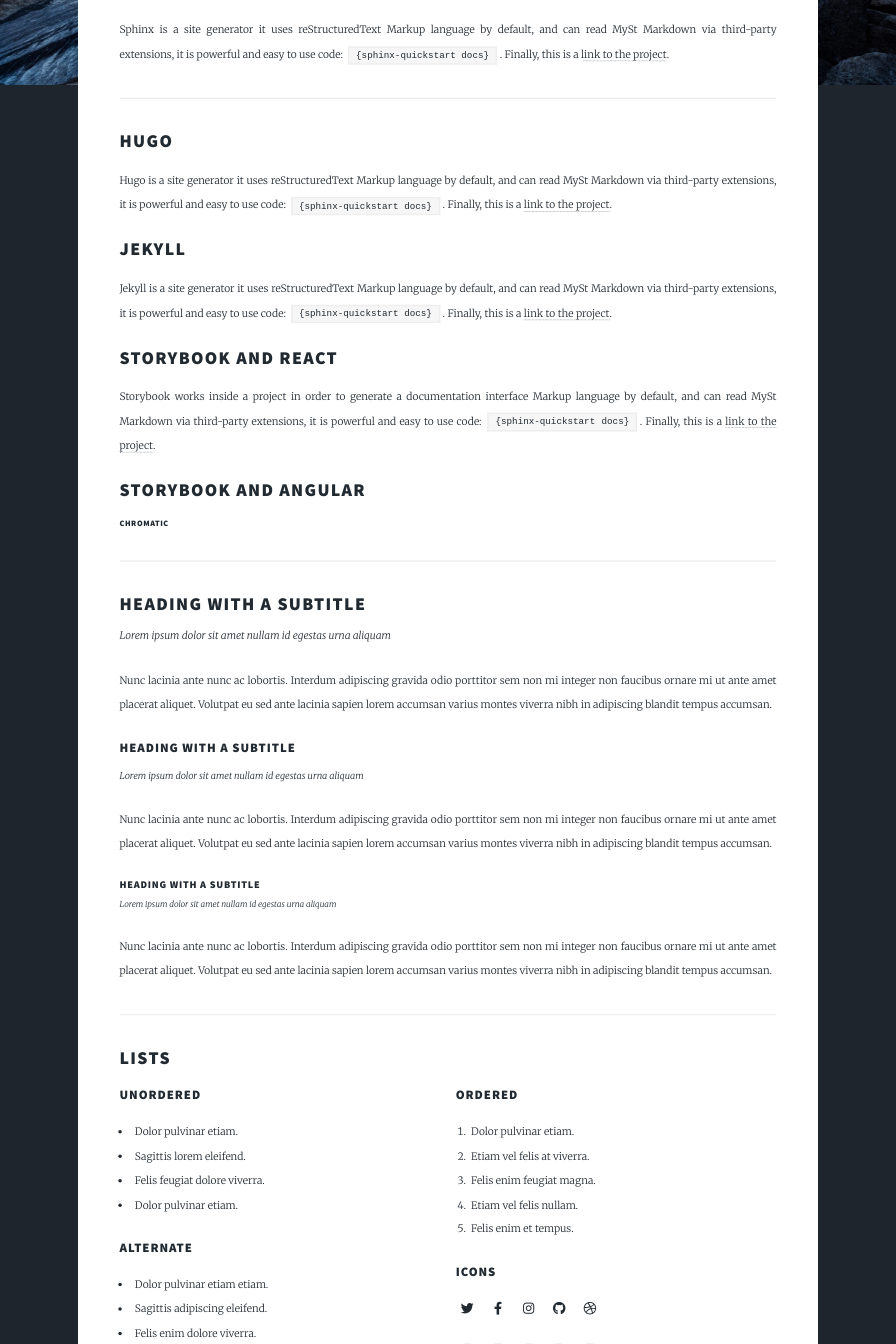
Repository: enlilsudo/Orlando-Portfolio
Page: elements.html
An editor plug-in stored every save of this project. The page is shown before and after the next save, followed by the edit.
The browser window is 1280 px wide. The pictures show the part of the page from y = 598 to 2518 px (the page is 9869 px tall before and 9904 px after), at 70% of full size.

Above is the page before, as saved 2023-02-19 12:32:06.

After the next save:
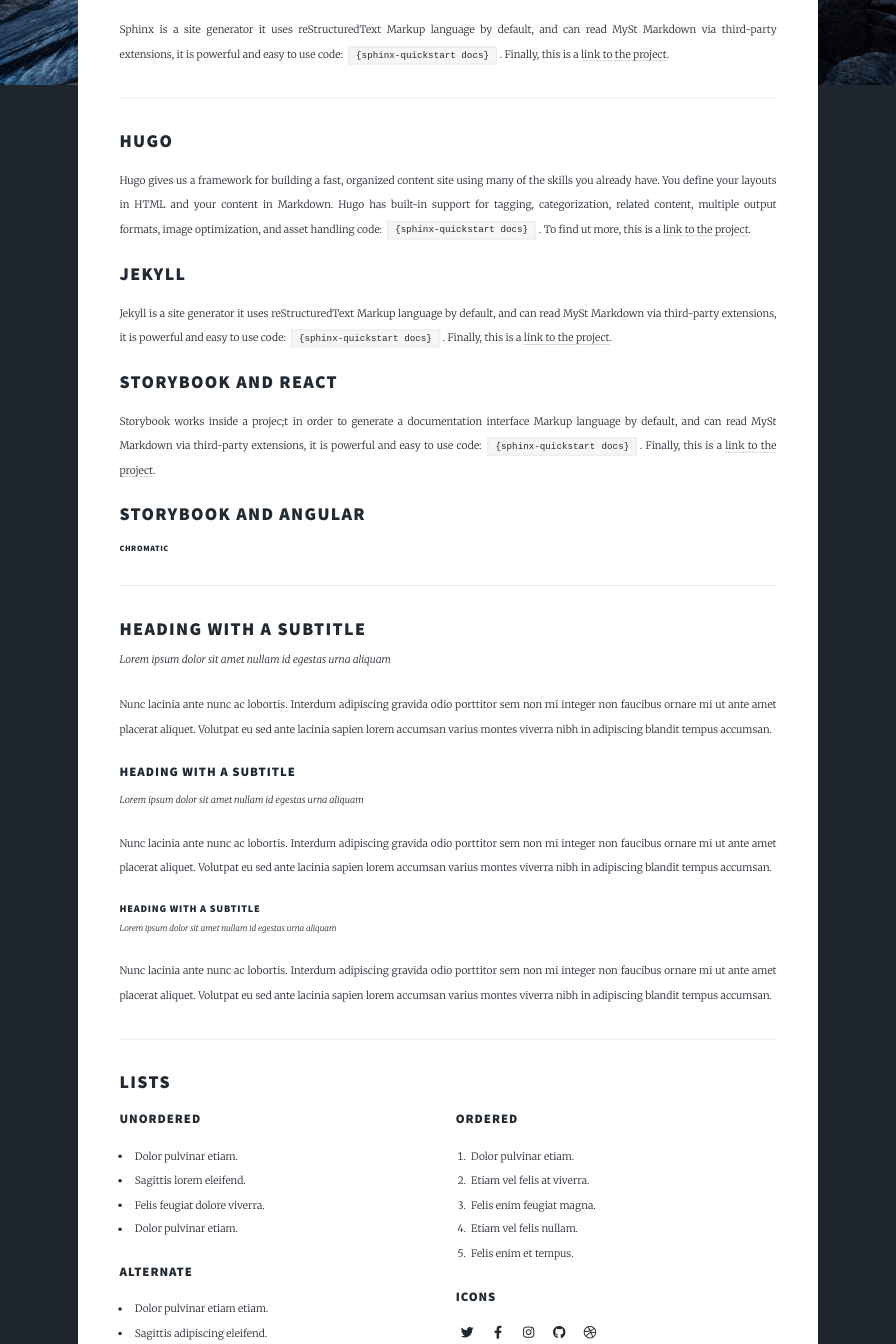
Saved 9 min 32 s later.
--- a/elements.html
+++ b/elements.html
@@ -55,17 +55,17 @@
 									Finally, this is a <a href="https://www.sphinx-doc.org/en/master/#get-started">link to the project</a>.</p>
 									<hr />
 									<h2>Hugo</h2>
-									<p>Hugo is a site generator it uses reStructuredText
-										Markup language by default, and can read MySt Markdown via third-party
-										extensions, it is powerful and easy to use code: <code>{sphinx-quickstart docs}</code>.
-										Finally, this is a <a href="https://www.sphinx-doc.org/en/master/#get-started">link to the project</a>.</p>
+									<p>Hugo gives us a framework for building a fast, organized content site using many of the skills
+										 you already have. You define your layouts in HTML and your content in Markdown.
+										Hugo has built-in support for tagging, categorization, related content, multiple output formats, image optimization, and asset handling code: <code>{sphinx-quickstart docs}</code>.
+										To find ut more, this is a <a href="https://gohugo.io/">link to the project</a>.</p>
 									<h2>Jekyll</h2>
 									<p>Jekyll is a site generator it uses reStructuredText
 										Markup language by default, and can read MySt Markdown via third-party
 										extensions, it is powerful and easy to use code: <code>{sphinx-quickstart docs}</code>.
 										Finally, this is a <a href="https://www.sphinx-doc.org/en/master/#get-started">link to the project</a>.</p>
 									<h2>Storybook and React</h2>
-									<p>Storybook works inside a project in order to generate a documentation interface
+									<p>Storybook works inside a projec;t in order to generate a documentation interface
 										Markup language by default, and can read MySt Markdown via third-party
 										extensions, it is powerful and easy to use code: <code>{sphinx-quickstart docs}</code>.
 										Finally, this is a <a href="https://www.sphinx-doc.org/en/master/#get-started">link to the project</a>.</p>
